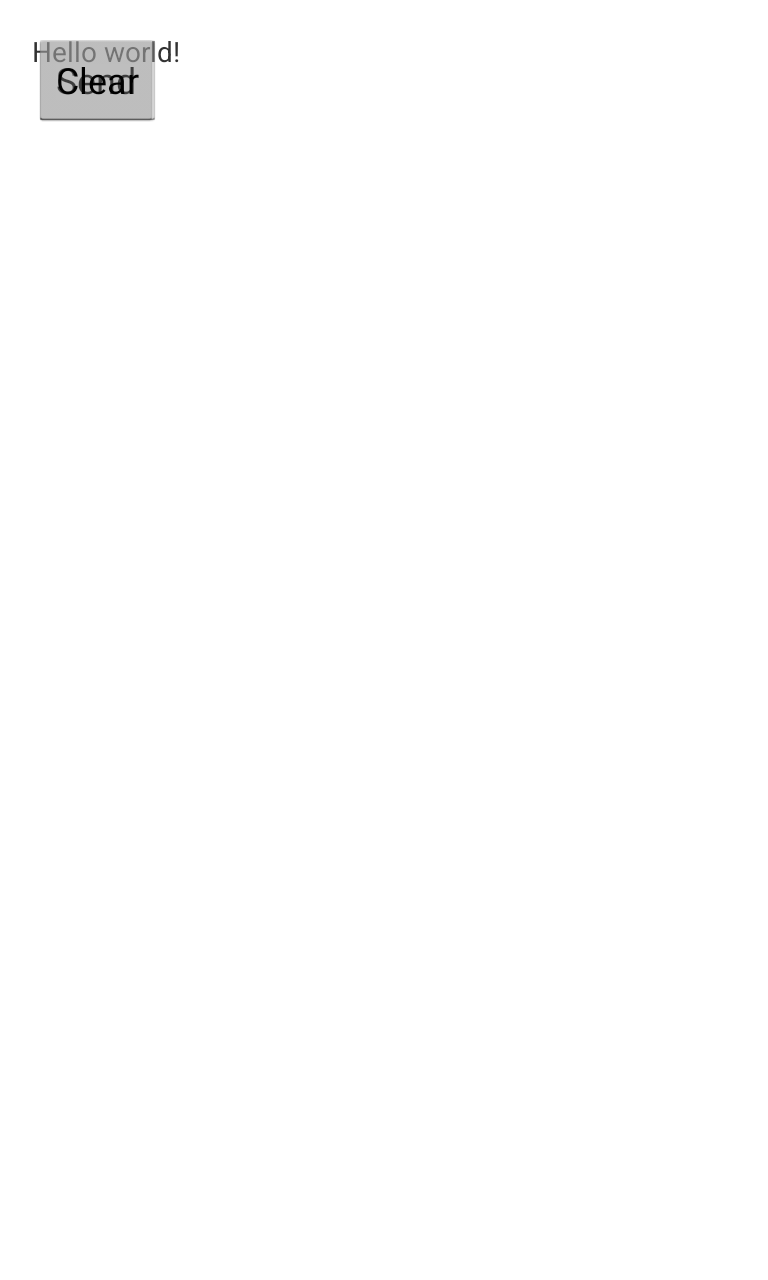
Repository: MICHAELDOVOHORG/mobiledev
Layout: Let'sChat/res/layout/activity_main.xml
These files come from the project's save history. The layout is drawn as it stood at one moment and after the next save; the edit follows.
It is drawn on a 768 x 1280 px phone screen (xhdpi) without system bars, with theme AppTheme; the app's code is not run.

Above is the layout before, as saved 2014-03-04 04:52:15.

After the next save:
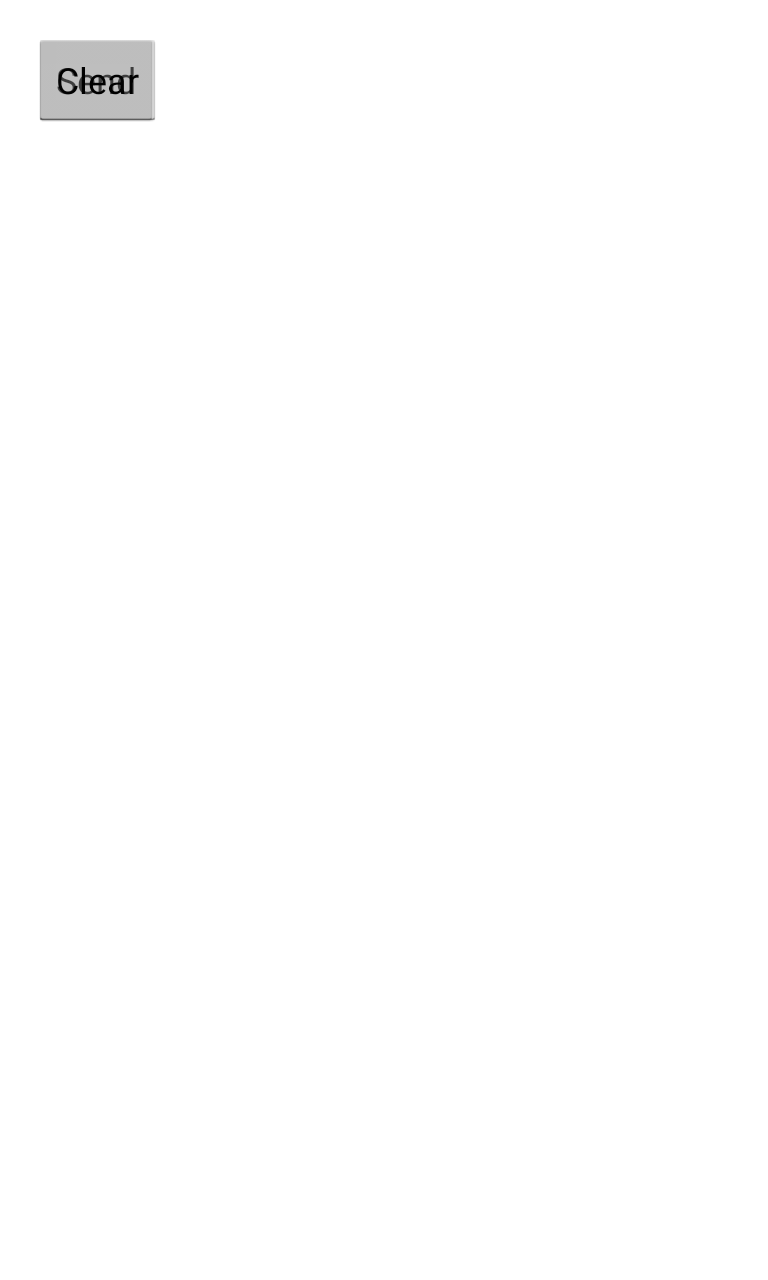
Saved 4 s later.
--- a/Let'sChat/res/layout/activity_main.xml
+++ b/Let'sChat/res/layout/activity_main.xml
@@ -11,8 +11,7 @@
     <TextView
         android:id="@+id/display"
         android:layout_width="wrap_content"
-        android:layout_height="wrap_content"
-        android:text="@string/hello_world" />
+        android:layout_height="wrap_content" />
 
     <Button
         android:id="@+id/send"
